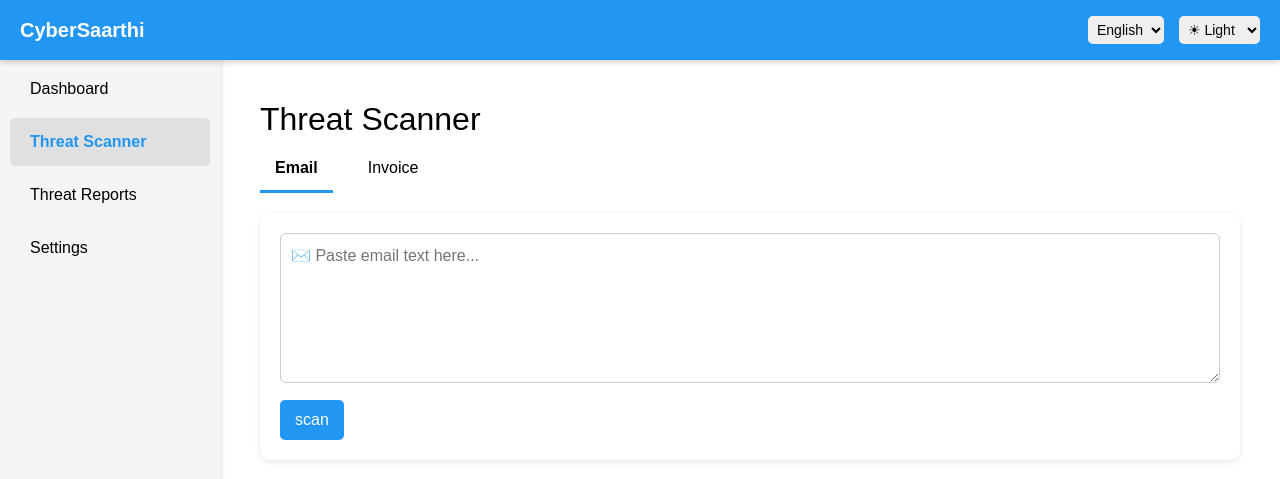
Repository: riyaaaa19/CyberSaarthi
Page: /scanner (app in frontend/)
An editor plug-in stored every save of this project. The page is shown before and after the next save, followed by the edit.
The browser window is 1280 px wide. The pictures show the whole page.
The project was rebuilt for these pictures with package versions that can differ from the ones it lists, and the page was loaded fresh each time. Also part of the build but not shown: frontend/vite.config.ts, frontend/src/services/api.js, frontend/src/pages/Dashboard.js, frontend/src/pages/Reports.js, frontend/src/pages/Settings.js.

Above is the page before, as saved 2025-08-21 19:55:34.

After the next save:
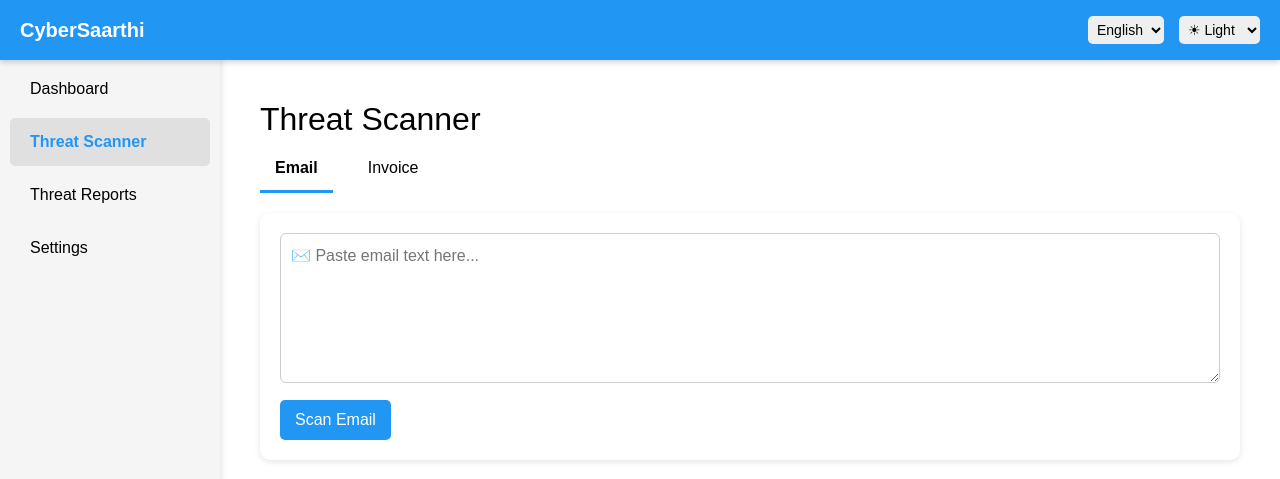
Saved 47 s later.
--- a/frontend/src/pages/Scanner.js
+++ b/frontend/src/pages/Scanner.js
@@ -134,7 +134,7 @@ function Scanner() {
           }}
         />
         <button onClick={handleScan} style={buttonStyle}>
-          {activeTab === "email" ? t("scan") : t("invoice.scanText")}
+          {activeTab === "email" ? t("Scan Email") : t("Scan Invoice")}
         </button>
 
 
